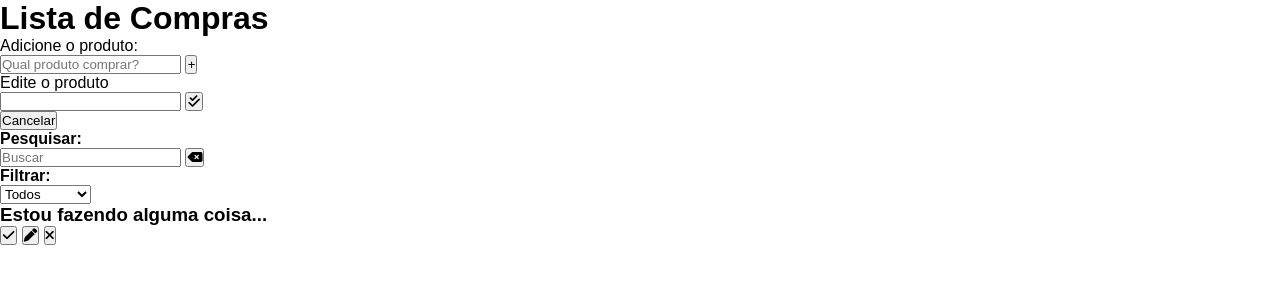
Repository: Dkrvalho/mercado
Page: index.html
The author's editor kept a copy of each file at every save. The page is drawn from the files as they stood at one save, then again after the next save.
The browser window is 1280 px wide. The pictures show the whole page.

Above is the page before, as saved 2023-01-09 12:37:01.

### index.html
<!DOCTYPE html>
<html lang="en">
<head>
    <meta charset="UTF-8">
    <meta http-equiv="X-UA-Compatible" content="IE=edge">
    <meta name="viewport" content="width=device-width, initial-scale=1.0">
    <!-- CSS -->
    <link rel="stylesheet" href="css/style.css">
    <!-- Font Awesome -->
    <link rel="stylesheet" href="https://cdnjs.cloudflare.com/ajax/libs/font-awesome/6.2.1/css/all.min.css" integrity="sha512-MV7K8+y+gLIBoVD59lQIYicR65iaqukzvf/nwasF0nqhPay5w/9lJmVM2hMDcnK1OnMGCdVK+iQrJ7lzPJQd1w==" crossorigin="anonymous" referrerpolicy="no-referrer" />
    <!-- JS -->
    <script src="js/script.js" defer></script>
    <!-- defer faz com que o js seja carregado após o html -->
    <title>Lista de Compras</title>
</head>
    <main class="container">
        <header>
            <h1>Lista de Compras</h1>
        </header>
        <form id="form">
            <p>Adicione o produto:</p>
            <div class="form-control">
                <input type="text" id="todo-input" placeholder="Qual produto comprar?">
                <button type="submit">
                    <i class="fa-thin fa-plus"></i>
                </button>
            </div>
        </form>
        <form id="edit-form">
            <p>Edite o produto</p>
            <div id="form-control">
                <input type="text" id="edit-input">
                <button type="submit">
                    <i class="fa-solid fa-check-double"></i>
                </button>
            </div>
            <button id="cancel-edit-btn">Cancelar</button>
        </form>
        <div id="tollbar">
            <div id="search">
                <h4>Pesquisar:</h4>
                <form>
                    <input type="text" id="search-input" placeholder="Buscar">
                    <button id="erase-btn">
                        <i class="fa-solid fa-delete-left"></i>
                    </button>
                </form>
            </div>
        </div>
        <div id="filter">
            <h4>Filtrar:</h4>
            <select id="filter-select">
                <option value="all">Todos</option>
                <option value="done">Comprados</option>
                <option value="todo">A comprar</option>
            </select>
        </div>
        <div id="todo-list">
            <div id="todo">
                <h3>Estou fazendo alguma coisa...</h3>
                <button class="finih-todo">
                    <i class="fa-solid fa-check"></i>
                </button>
                <button class="edit-todo">
                    <i class="fa-solid fa-pen"></i>
                </button>
                <button class="remove-todo">
                    <i class="fa-solid fa-xmark"></i>
                </button>
            </div>
        </div>
    </main>
<body>

</body>
</html>

### css/style.css
/* Geral */
* {
    padding: 0;
    margin: 0;
    font-family: Arial, Helvetica, sans-serif;

}

Loaded but not shown: js/script.js (no copy from this time; the picture is the same without it)

After the next save:
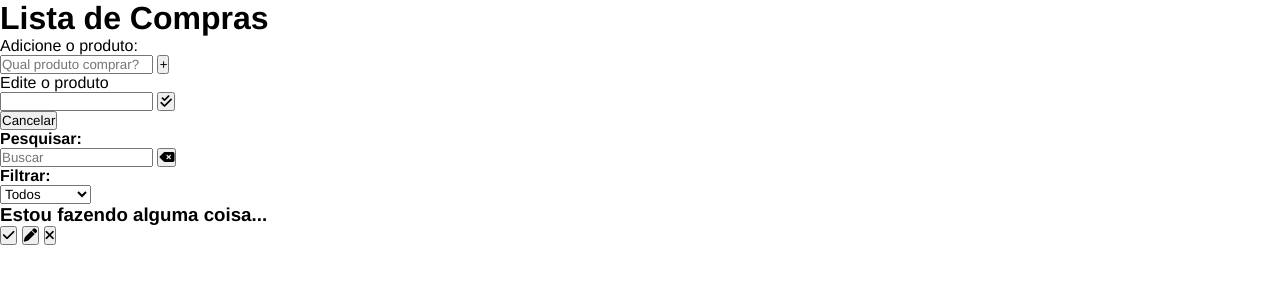
Saved 7 s later.
--- a/css/style.css
+++ b/css/style.css
@@ -2,6 +2,6 @@
 * {
     padding: 0;
     margin: 0;
-    font-family: Arial, Helvetica, sans-serif;
+    font-family: Helvetica, sans-serif;
 
 }
